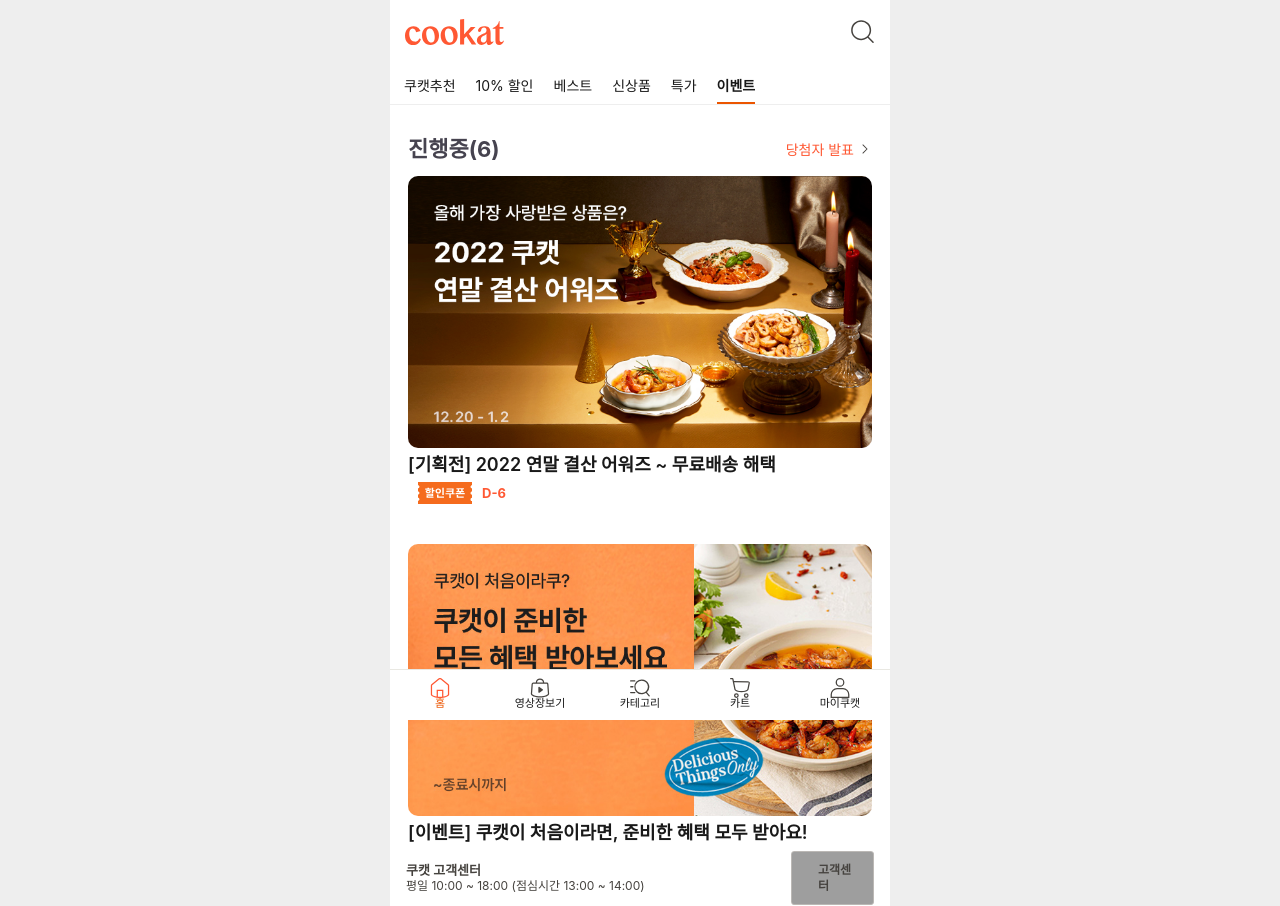
Repository: CooKat/Cookat
Page: event.html
An editor plug-in stored every save of this project. The page is shown before and after the next save, followed by the edit.
The browser window is 1280 px wide. The pictures show the part of the page from y = 0 to 906 px (the page is 1695 px tall before and 1731 px after).
Pictures or frames that could not be fetched are drawn as grey boxes. A picture or video elsewhere on the page could not be fetched, so the positions and the page height are approximate. Some web fonts or font styles are not loaded; a fallback is used.

Above is the page before, as saved 2022-12-27 21:04:27.
Not found: js/ex1.js

After the next save:
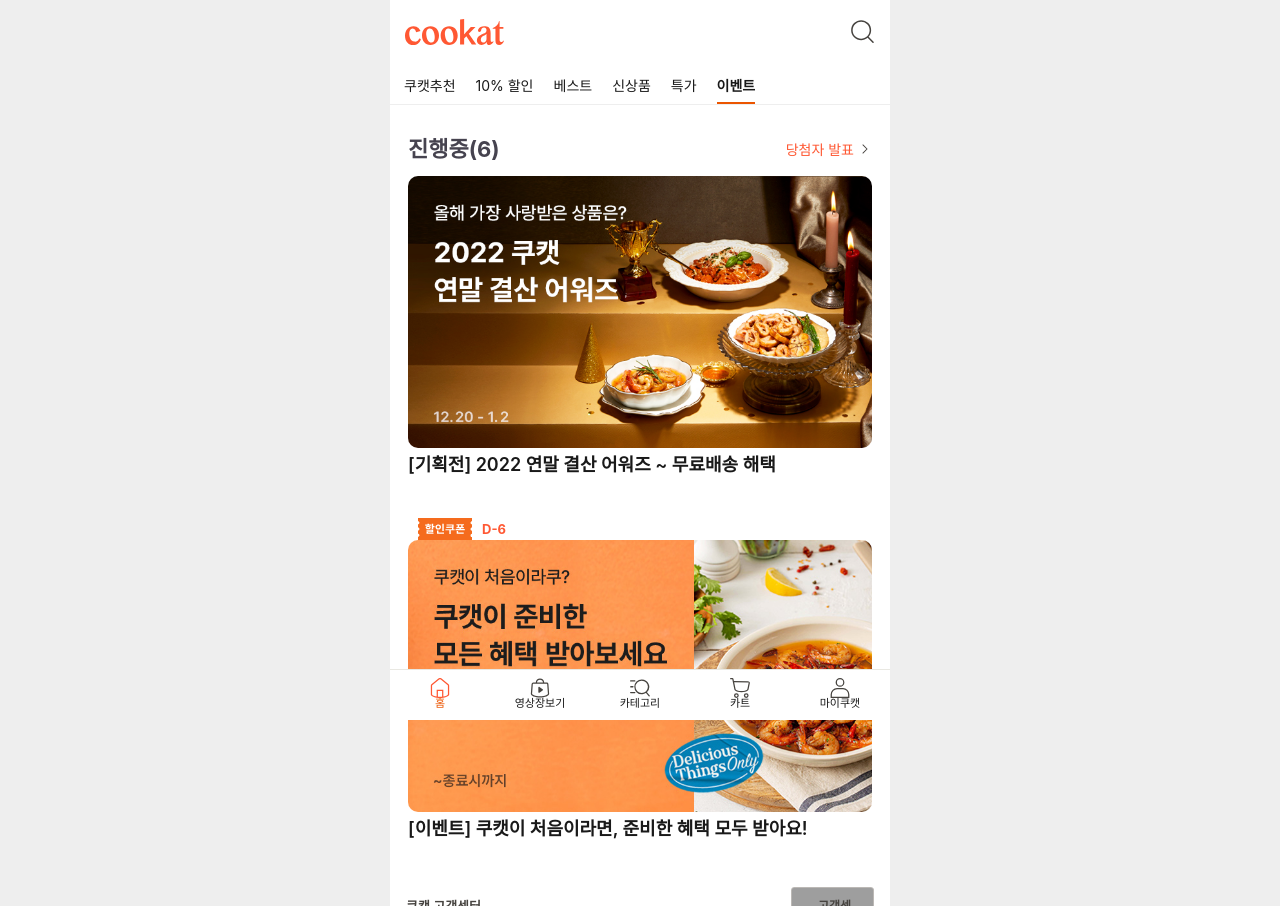
Saved 59 s later.
--- a/css/event.css
+++ b/css/event.css
@@ -49,13 +49,13 @@
   font-size: var(--text-lg);
   line-height: var(--text-xxl);
   font-weight: 600;
+  margin-bottom: var(--spacing-xxxl);
 }
 
 .coupon-day{
   margin-top:var(--spacing-xxs);
   display: flex;
   flex-flow: row nowrap;
-  margin-bottom: var(--spacing-xxxl);
 }
 
 .item-list-item svg{
